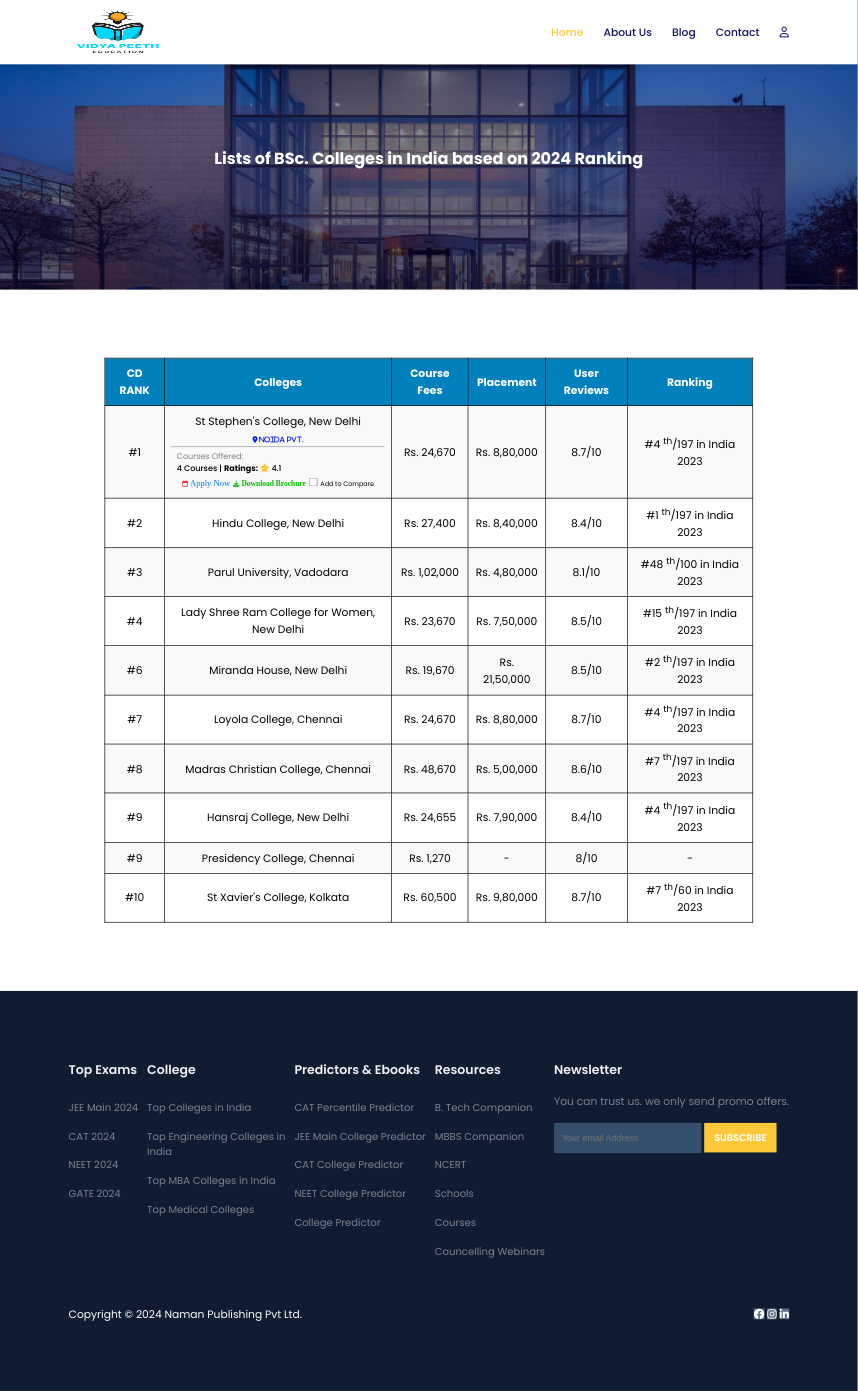
Repository: NamanSahu09/VidyaPreet-Ed-Tech-Website
Page: bsc.html
The author's editor kept a copy of each file at every save. The page is drawn from the files as they stood at one save, then again after a run of saves.
The browser window is 1280 px wide. The pictures show the whole page, at 67% of full size.
Some web libraries are served in a nearby version.

Above is the page before, as saved 2024-04-12 13:28:15.

After the next 2 saves:
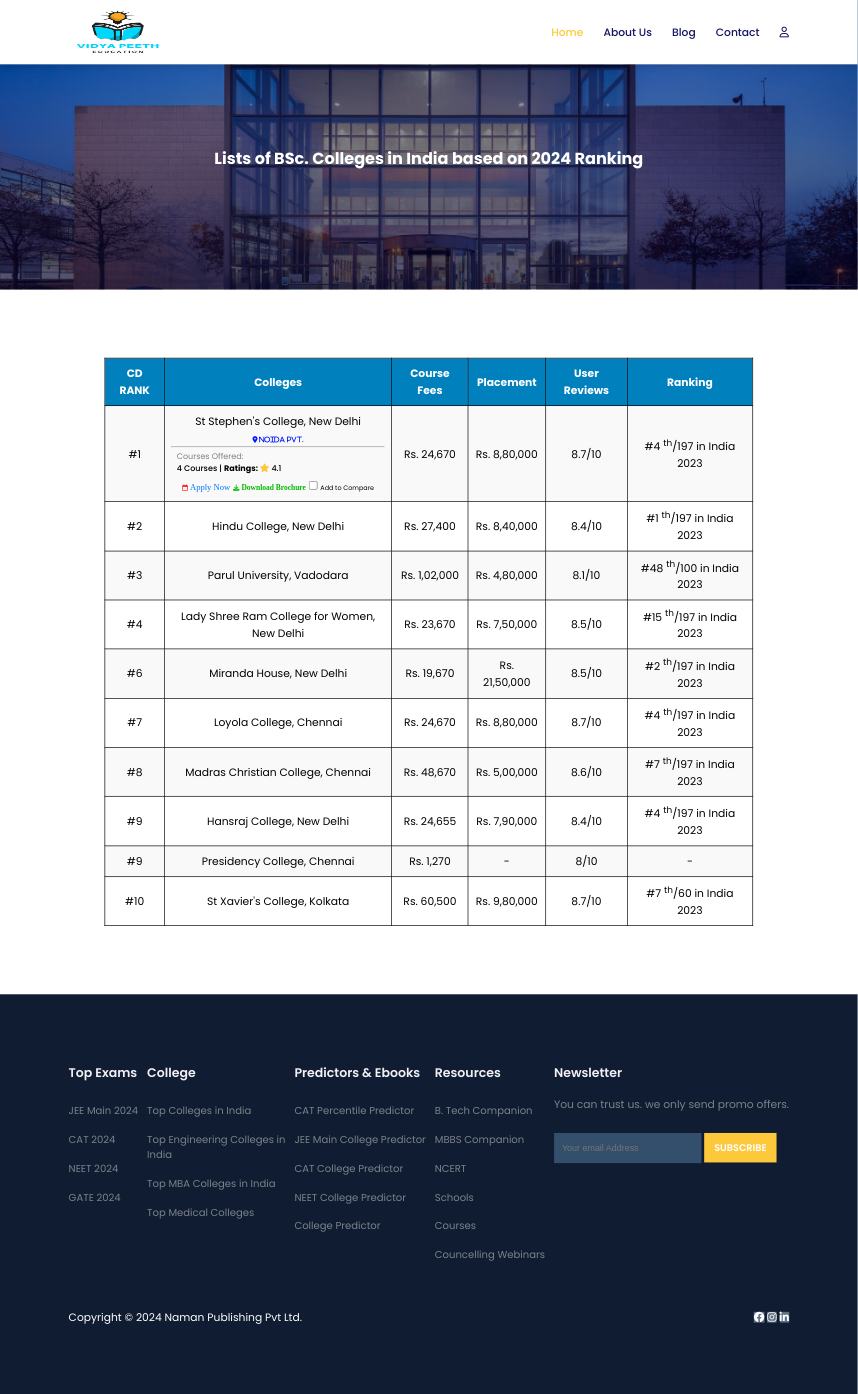
The 2 saves are shown as one change because they came seconds apart.
The last was saved 8 s later.
--- a/bsc.css
+++ b/bsc.css
@@ -363,7 +363,10 @@
 	font-family: 'Times New Roman', Times, serif;
 }
 
-
+input
+{
+	margin-top: 10px;
+}
 
 label
 

After the 3 saves that followed:
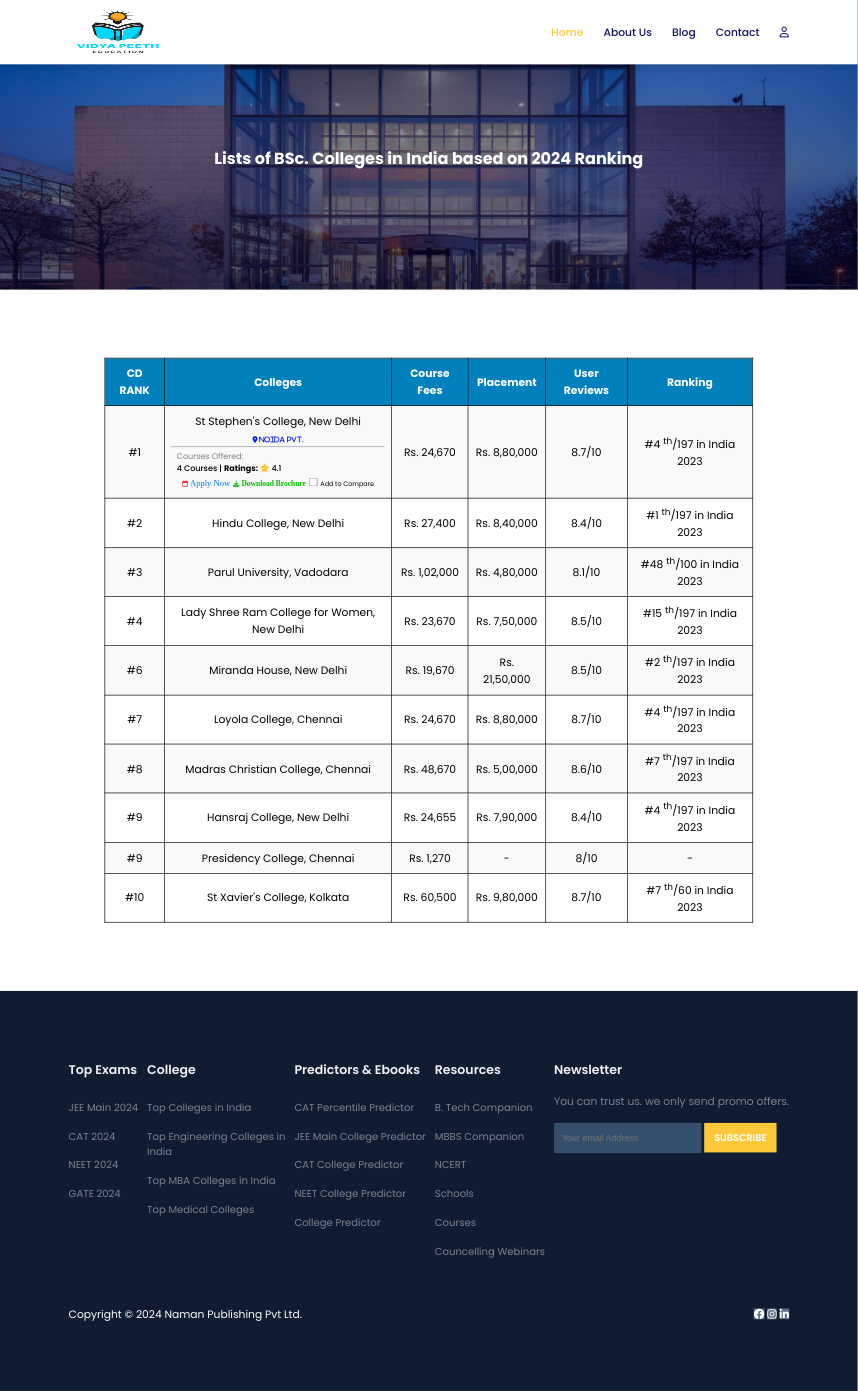
The 3 saves are shown as one change because they came seconds apart.
The last was saved 10 s later.
--- a/bsc.css
+++ b/bsc.css
@@ -365,7 +365,7 @@
 
 input
 {
-	margin-top: 10px;
+	margin-top: 0px;
 }
 
 label
